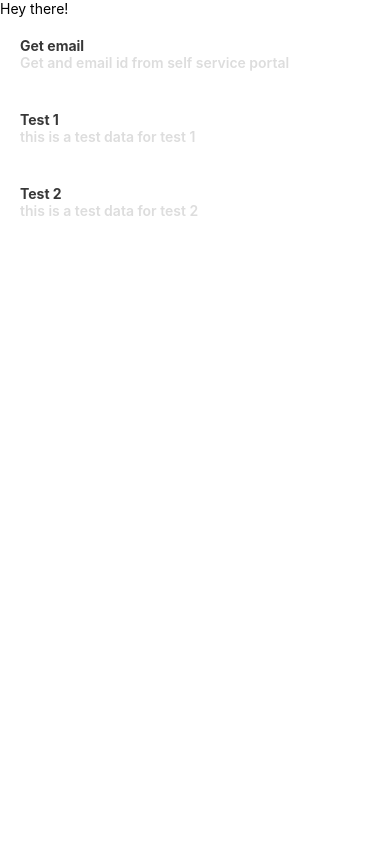
Repository: sadarsh216/Todo-App
Page: /
An editor plug-in stored every save of this project. The page is shown before and after the next save, followed by the edit.
The browser window is 390 px wide. The pictures show the whole page.
The app was drawn by React Native's web renderer in a window 390 px wide. The project was rebuilt for these pictures with package versions that can differ from the ones it lists, and the page was loaded fresh each time.

Above is the page before, as saved 2021-10-09 12:51:17.

After the next save:
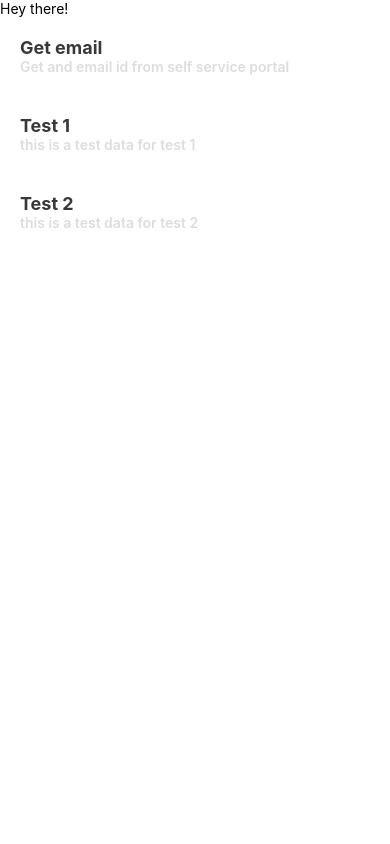
Saved 14 s later.
--- a/Pages/Todos.tsx
+++ b/Pages/Todos.tsx
@@ -32,6 +32,7 @@ const styles = StyleSheet.create({
     padding: 10,
   },
   title: {
+    fontSize: 18,
     fontWeight: "bold",
     color: "#383838",
   },
